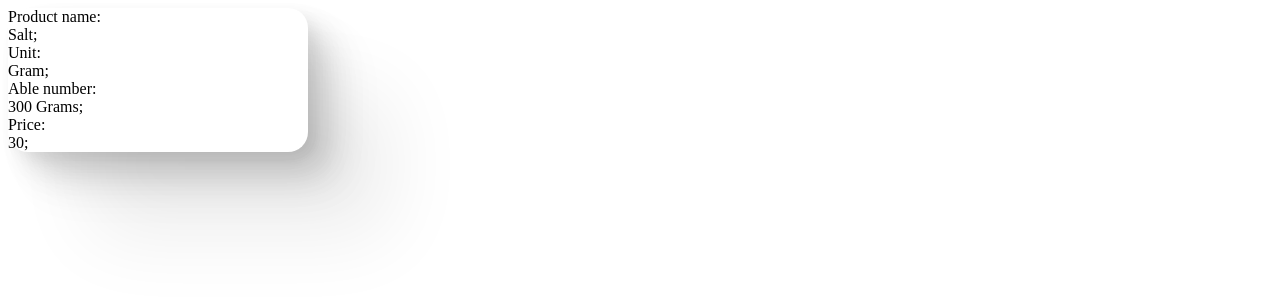
Repository: OlexandraKovach2/Vue
Page: / (app in vuexam/brila-exam/)
An editor plug-in stored every save of this project. The page is shown before and after the next save, followed by the edit.
The browser window is 1280 px wide. The pictures show the whole page.
The project was rebuilt for these pictures with package versions that can differ from the ones it lists, and the page was loaded fresh each time. Also part of the build but not shown: vuexam/brila-exam/vue.config.js.

Above is the page before, as saved 2022-11-08 21:45:18.

After the next save:
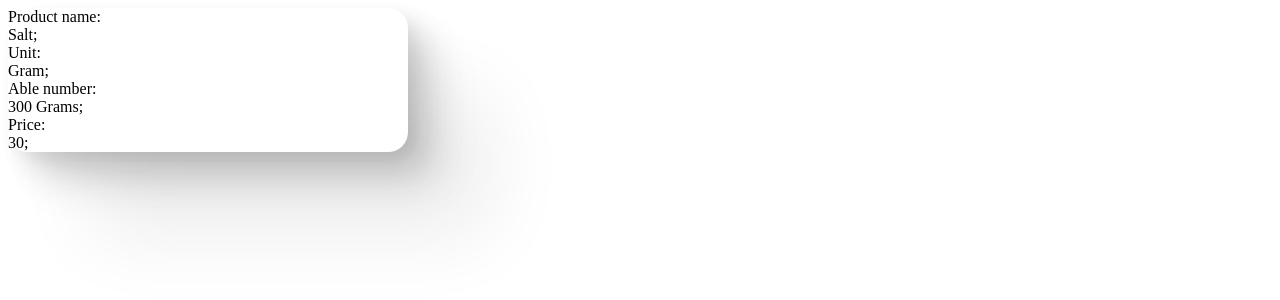
Saved 11 s later.
--- a/vuexam/brila-exam/src/components/ObjectTable/ObjectBase.vue
+++ b/vuexam/brila-exam/src/components/ObjectTable/ObjectBase.vue
@@ -54,7 +54,7 @@
 <style lang="scss" scoped>
 .ObjectCard{
     background-color: white;
-    width: 300px;
+    width: 400px;
     border-radius: 20px;
     box-shadow:
   6.6px 6.7px 13.7px rgba(0, 0, 0, 0.04),
